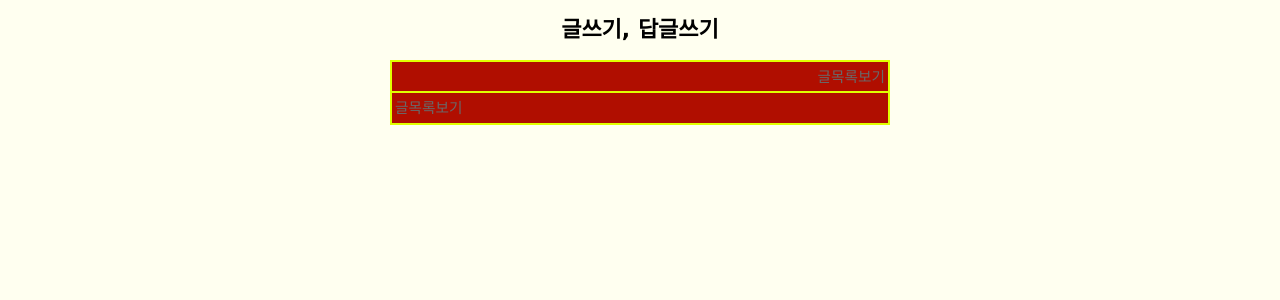
Repository: xo461/Java_Spring
Page: http://localhost/03_jsp_pool/mysqlboard/writeForm.jsp
The author's editor kept a copy of each file at every save. The page is drawn from the files as they stood at one save, then again after the next save.
The browser window is 1280 px wide. The pictures show the whole page.
The page is served by Tomcat 9.

Above is the page before, as saved 2019-12-17 02:13:07.

After the next save:
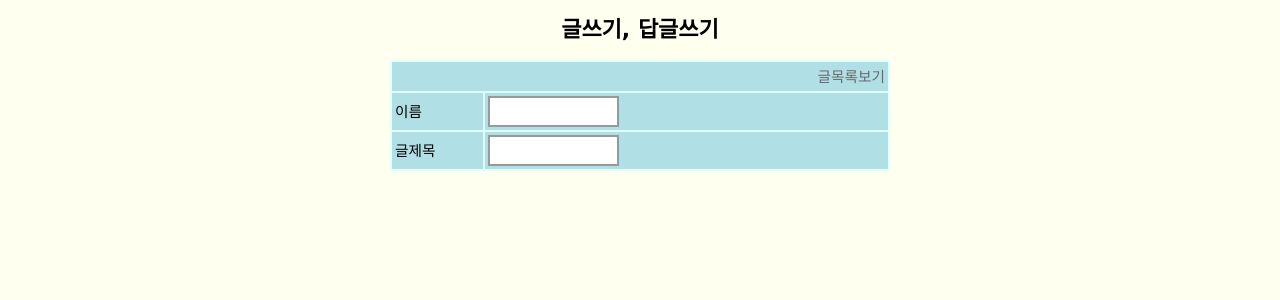
Saved 4 min 19 s later.
--- a/JSP_study/park_jsp_study/03_jsp_pool/WebContent/mysqlboard/writeForm.jsp
+++ b/JSP_study/park_jsp_study/03_jsp_pool/WebContent/mysqlboard/writeForm.jsp
@@ -32,20 +32,35 @@ if(request.getParameter("num") != null){//->not null이면 답글
 	<input type="hidden" name="re_step" value="<%=re_step %>">
 	<input type="hidden" name="re_level" value="<%=re_level %>">
 
-	<table width="500" cellpadding="3" bgcolor="<%=bodyback_c %>>" align="center">
+	<table width="500" cellpadding="3" bgcolor="<%=bodyback_c %>" align="center">
 		<tr>
-			<td colspan="2" align="right" bgcolor="<%=value_c %>>">
+			<td colspan="2" align="right" bgcolor="<%=value_c %>">
 				<a href="list.jsp">글목록보기</a>
 			</td>
 		</tr>
 
 		<%--이름 --%>
-		<tr>
-			<td bgcolor="<%=value_c %>>">
-				<a href="list.jsp">글목록보기</a>
+		<tr bgcolor="<%=value_c %>">
+			<td width="70">이름</td>
+			<td width="330">
+				<input type="text" name="writer" id="writer" size="12">
 			</td>
 		</tr>
 
+		<%--글제목 --%>
+		<tr bgcolor="<%=value_c %>">
+			<td>글제목</td>
+			<td>
+			<%
+				if(request.getParameter("num")==null){//원글
+
+				}else{//답글
+
+				}//else end--
+			%>
+				<input type="text" name="writer" id="writer" size="12">
+			</td>
+		</tr>
 
 	</table>
 </form>
